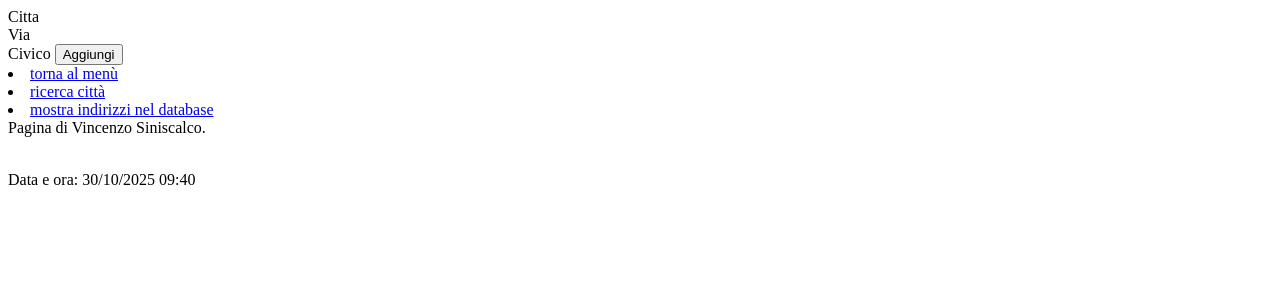
Repository: VincenzoSiniscalco/JavaRepoFinal
Page: http://localhost/esempioMvc2/WEB-INF/views/inserisci.jsp
These files come from the project's save history. The page is drawn as it stood at one moment and after the next save; the edit follows.
The browser window is 1280 px wide. The pictures show the whole page.
The page is served by Tomcat 9. Nobody is signed in. Other server files are loaded and not shown. The template is opened directly, without the code that normally fills it, so the values that code supplies are empty.

Above is the page before, as saved 2025-10-30 15:47:06.

### esempioMvc2/src/main/webapp/WEB-INF/views/inserisci.jsp
<%@ page language="java" contentType="text/html; charset=UTF-8"
    pageEncoding="UTF-8"%>
<!DOCTYPE html>
<html>
<head>
<meta charset="UTF-8">
<title>Inserimento nuovo indirizzo database</title>
</head>
<body>
	<form:form action="/inserisci" method="post" modelAttribute="chiaveIndirizzo">
		Citta<form:input path="citta"/>
		<br>
		Via<form:input path="via"/>
		<br>
		Civico<form:input path="via"/>
		<input type="submit" value="Aggiungi">
	</form:form>
	<jsp:include page="menuRedirect.jsp"></jsp:include>
	<jsp:include page="footer.jsp"></jsp:include>
</body>
</html>

### esempioMvc2/src/main/webapp/WEB-INF/views/menuRedirect.jsp
<li><a href="http://<%=request.getServerName() %>:<%= request.getServerPort()%>/goToMenu">torna al menù</a> </li>
<li><a href="http://<%=request.getServerName() %>:<%= request.getServerPort()%>/goToRicerca">ricerca città</a> </li>
<li><a href="http://<%=request.getServerName() %>:<%= request.getServerPort()%>/indirizzo">mostra indirizzi nel database</a> </li>

### esempioMvc2/src/main/webapp/WEB-INF/views/footer.jsp
<%@page import="java.time.format.DateTimeFormatter"%>
<%@page import="java.time.LocalDateTime"%>
<div>Pagina di Vincenzo Siniscalco.</div>
<br>
		<%
			LocalDateTime dataOra= LocalDateTime.now();
			DateTimeFormatter dtf= DateTimeFormatter.ofPattern("dd/MM/yyyy HH:mm");
			String oggi= dataOra.format(dtf);
		%>
		<p>Data e ora: <%= oggi %></p>

After the next save:
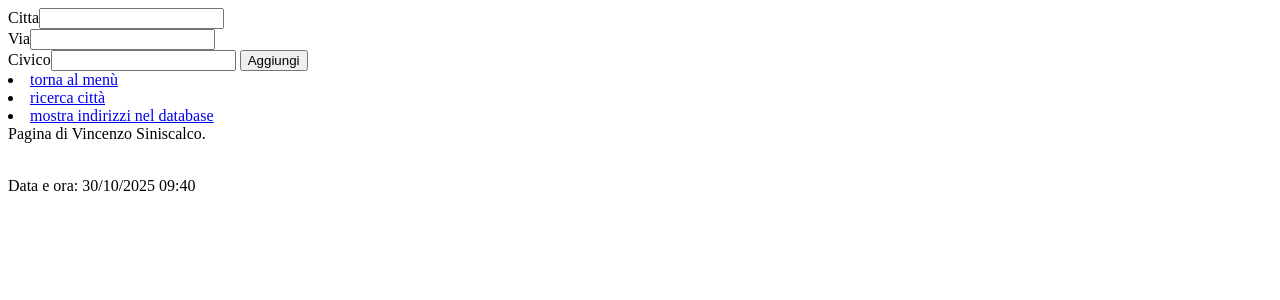
Saved 24 s later.
--- a/esempioMvc2/src/main/webapp/WEB-INF/views/inserisci.jsp
+++ b/esempioMvc2/src/main/webapp/WEB-INF/views/inserisci.jsp
@@ -1,5 +1,6 @@
 <%@ page language="java" contentType="text/html; charset=UTF-8"
     pageEncoding="UTF-8"%>
+<%@ taglib uri="http://www.springframework.org/tags/form" prefix="form"%>
 <!DOCTYPE html>
 <html>
 <head>
